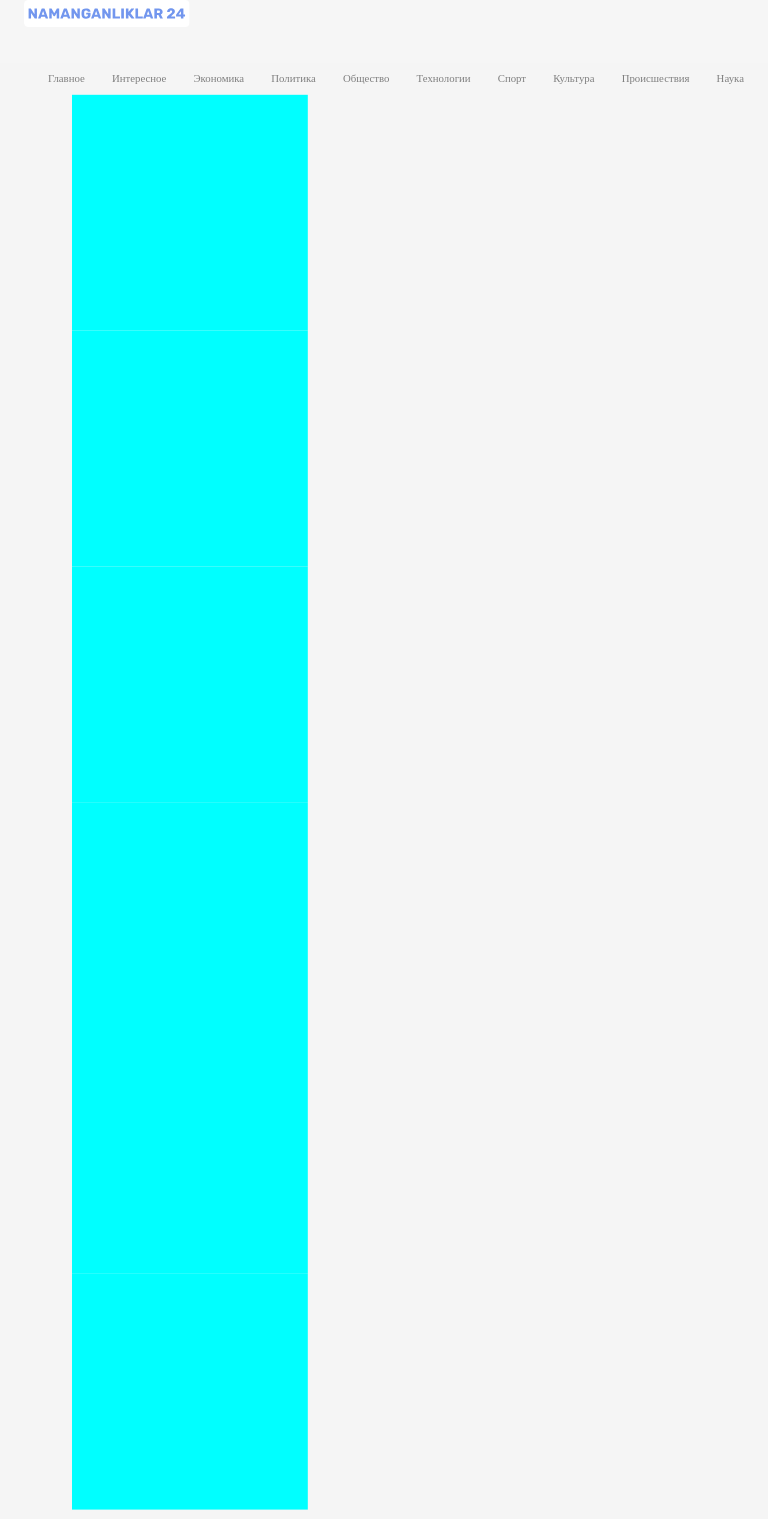
Repository: UlugbekAbdurasulov/projekt
Page: index.html
The author's editor kept a copy of each file at every save. The page is drawn from the files as they stood at one save, then again after the next save.
The browser window is 1280 px wide. The pictures show the whole page, at 60% of full size.

Above is the page before, as saved 2023-05-29 16:17:51.

### index.html
<!DOCTYPE html>
<html lang="ru">
  <head>
    <meta charset="UTF-8" />
    <meta http-equiv="X-UA-Compatible" content="IE=edge" />
    <meta name="viewport" content="width=device-width, initial-scale=1.0" />
    <title>Document</title>
  </head>
  <link rel="stylesheet" href="./css/main.css" />
  <body>
    <header class="navbar">
      <div class="container">
        <div>
          <img src="./images/logo.svg" alt="" />
          <ul>
            <li></li>
          </ul>
        </div>
      </div>
    </header>

    <h1 class="visually-hidden">Namanganliklar haqida yangliklar</h1>
    <div class="container">
      <ul class="menu">
        <li class="menu-text">Главное</li>
        <li class="menu-text">Интересное</li>
        <li class="menu-text">Экономика</li>
        <li class="menu-text">Политика</li>
        <li class="menu-text">Общество</li>
        <li class="menu-text">Технологии</li>
        <li class="menu-text">Спорт</li>
        <li class="menu-text">Культура</li>
        <li class="menu-text">Происшествия</li>
        <li class="menu-text">Наука</li>
      </ul>

      <menu>
        <ul information-box>
            <li class="information"></li>
            <li class="information"></li>
            <li class="information"></li>
            <li class="information"></li>
            <li class="information"></li>
            <li class="information"></li>
        </ul>
      </menu>
    </div>
  </body>
</html>

### css/main.css
* {
    box-sizing: border-box;
    text-decoration: none;
    list-style: none;
  }

body {
    margin: 0;
    padding: 0;
    background-color: #f5f5f5;
  }
  .container {
    width: 1240px;
    margin: 0px auto;
    padding: 0px 20px;
  }
.navbar{
background-color:#F6F6F6;
height: 105px;
}
.menu{
    display: flex;
    justify-content: space-between;
}
.menu-text{
    font-family: 'Rubik';
font-style: normal;
font-weight: 500;
font-size: 18px;
line-height: 21px;
text-align: center;
color: #7F7F7F;
}
.visually-hidden {
    position: absolute;
    width: 1px;
    height: 1px;
    margin: -1px;
    padding: 0;
    overflow: hidden;
    border: 0;
    clip: rect(0 0 0 0)
  }
  .information-box{
    display: flex;

    flex-wrap: wrap;

  }
  .information{
    width: 393px;
    height: 393px;
    margin: 0px;
    background-color:aqua;
  }

After the next save:
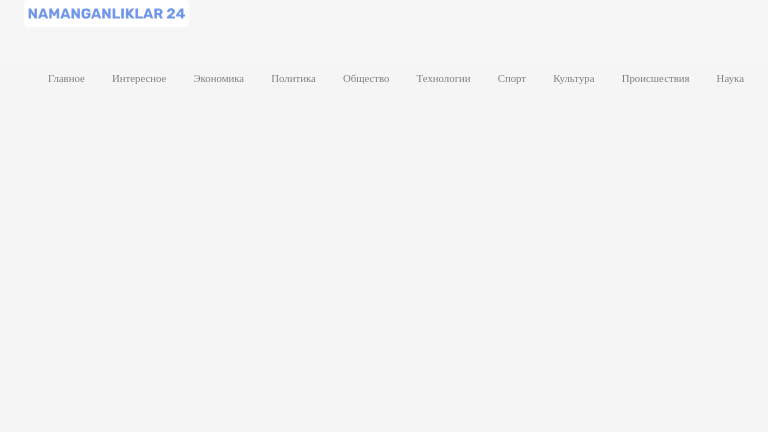
Saved 48 s later.
--- a/css/main.css
+++ b/css/main.css
@@ -48,8 +48,5 @@
 
   }
   .information{
-    width: 393px;
-    height: 393px;
-    margin: 0px;
-    background-color:aqua;
+
   }

After the save that followed:
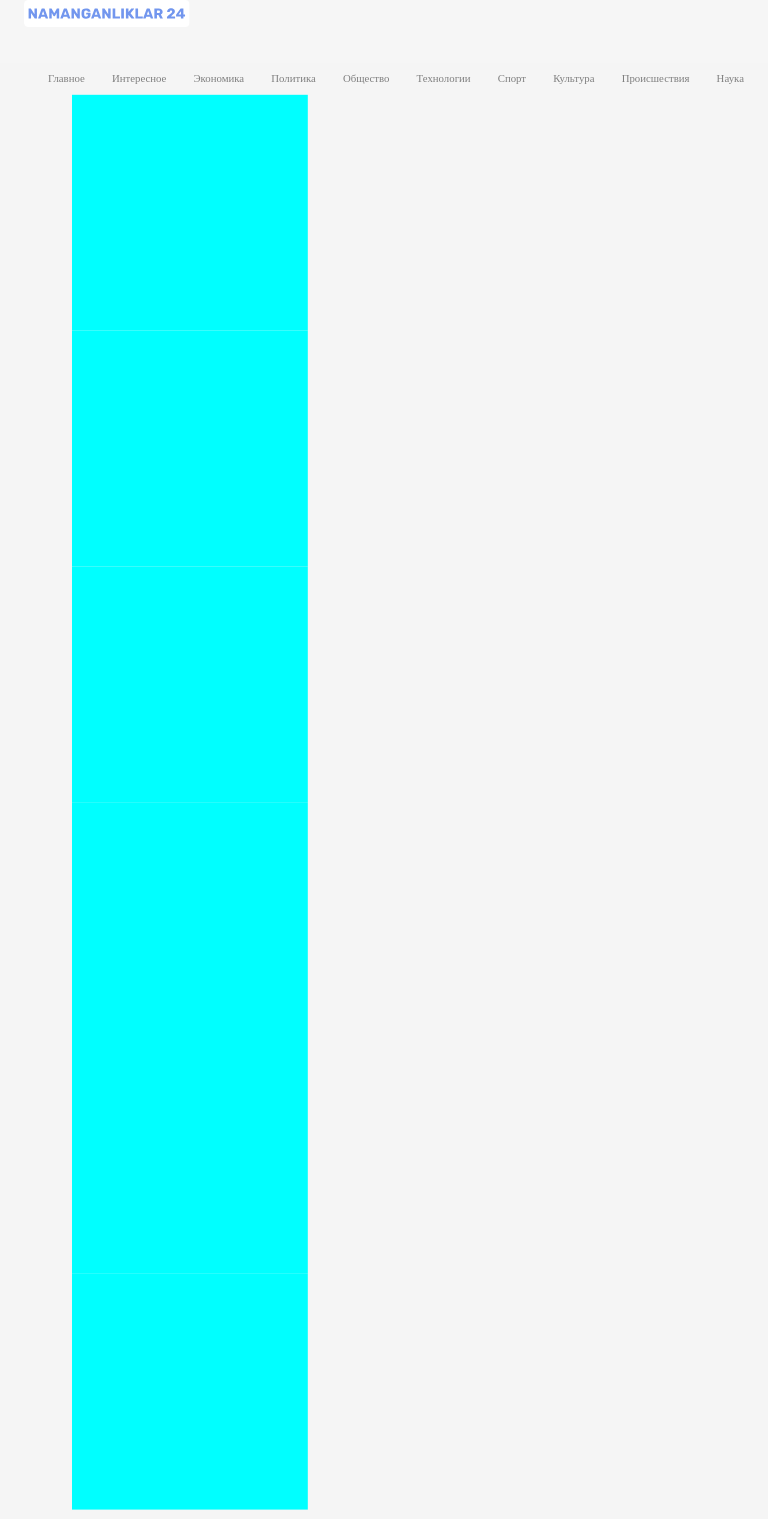
Saved 15 s later.
--- a/css/main.css
+++ b/css/main.css
@@ -48,5 +48,8 @@
 
   }
   .information{
-
+    width: 393px;
+    height: 393px;
+    margin: 0px;
+    background-color:aqua;
   }
